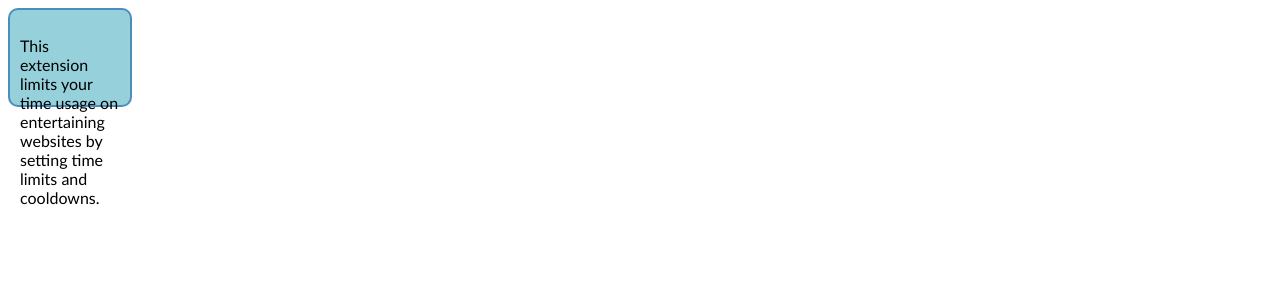
Repository: AndrlmMass/Time-management-chrome-extension
Page: popup.html
The author's editor kept a copy of each file at every save. The page is drawn from the files as they stood at one save, then again after the next save.
The browser window is 1280 px wide. The pictures show the whole page.

Above is the page before, as saved 2023-08-22 15:39:31.

### popup.html
<!DOCTYPE html>
<html>
<head>
  <title>Popup</title>
  <link rel="stylesheet" type="text/css" href="styles.css">
</head>
<body>
  <div id="popup-container">
    <p>This extension limits your time usage on entertaining websites by setting time limits and cooldowns.</p>
  </div>
  <script src="popup.js"></script>
</body>
</html>

### styles.css
@font-face {
  font-family: 'CustomFont';
  src: url('path/to/font.woff2') format('woff2'),
       url('path/to/font.woff') format('woff');
}

body {
    font-family: 'Calibri', sans-serif;
  }

  #popup-container {
    padding: 10px;
    margin: 0;
    width: 150px;
    background-color: #96d1db;
    border: 2px solid #4c8eba;
    border-radius: 10px;
  }

### popup.js
document.addEventListener('DOMContentLoaded', function() {
  // Get the popup's main container element
  const popupContainer = document.getElementById('popup-container');

  // Set custom width and height
  popupContainer.style.width = '100px';    // Adjust width as needed
  popupContainer.style.height = '75px';   // Adjust height as needed
});

After the next save:
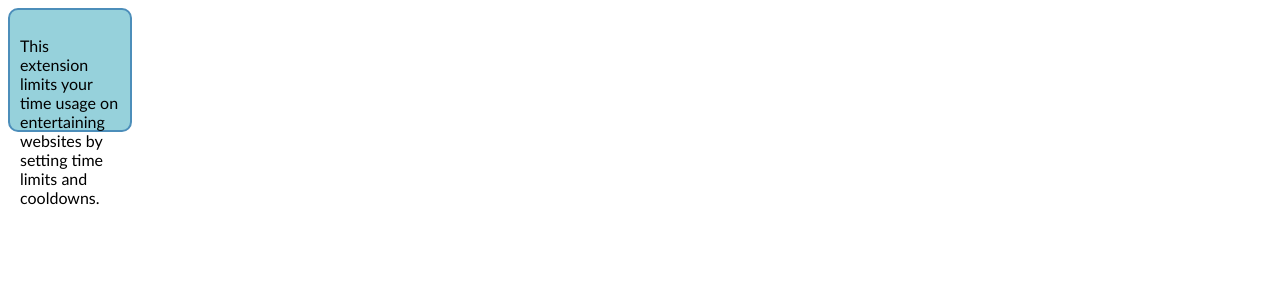
Saved 12 s later.
--- a/popup.js
+++ b/popup.js
@@ -4,5 +4,5 @@ document.addEventListener('DOMContentLoaded', function() {
 
   // Set custom width and height
   popupContainer.style.width = '100px';    // Adjust width as needed
-  popupContainer.style.height = '75px';   // Adjust height as needed
+  popupContainer.style.height = '100px';   // Adjust height as needed
 });
